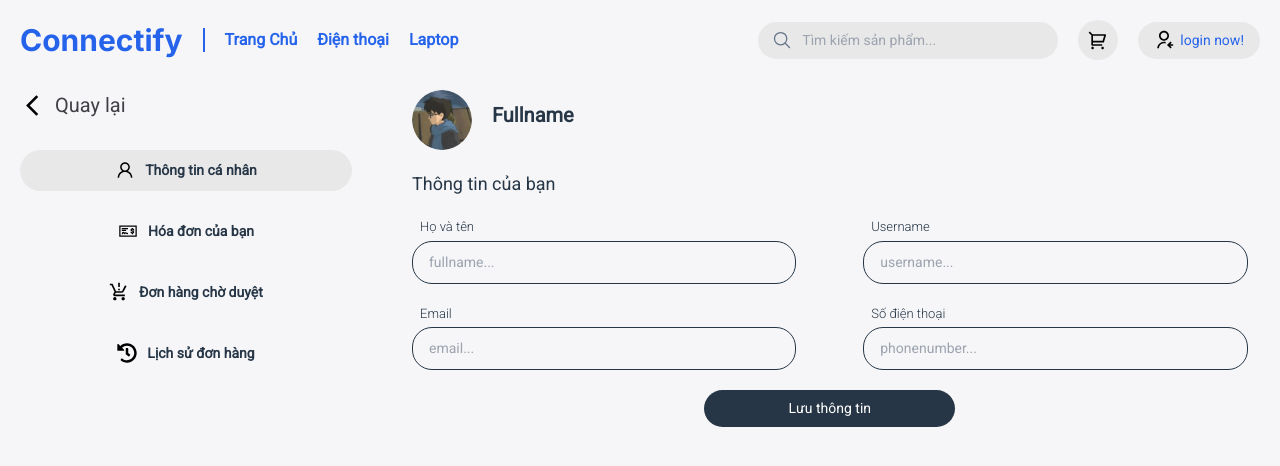
Repository: tvbacs/JavaWebProjectUI
Page: /profile
An editor plug-in stored every save of this project. The page is shown before and after the next save, followed by the edit.
The browser window is 1280 px wide. The pictures show the whole page.
The project was rebuilt for these pictures with package versions that can differ from the ones it lists, and the page was loaded fresh each time. Also part of the build but not shown: src/pages/Auth/Login/index.js, src/pages/HomePage/HomePage.module.scss, src/components/Item/Item.module.scss, src/components/Item/index.js, src/components/Scroll/Scroll.module.scss, src/components/Scroll/index.js, src/pages/HomePage/index.js, src/pages/LaptopPage/LaptopPage.module.scss and 46 more.

Above is the page before, as saved 2025-05-25 06:07:54.

### src/index.js
import React from 'react';
import ReactDOM from 'react-dom/client';
import App from './App';
import GlobalStyles from '@/Globals/GlobalStyles';
import { BrowserRouter } from 'react-router-dom';
import { UserProvider } from './contexts/UserContext';

const root = ReactDOM.createRoot(document.getElementById('root'));
root.render(
  <BrowserRouter>
      <UserProvider>
      <GlobalStyles>
        <App />
      </GlobalStyles>
          </UserProvider>
  </BrowserRouter>
);

### src/App.js
import { Routes, Route } from "react-router-dom";
import { publicRoutes, privateRoutes, adminRoutes } from "./routes";
import MainLayout from "@/layout/MainLayout";
import PrivateRoute from "@/routes/PrivateRoute";
import AdminRoute from "@/routes/AdminRoute";
import { useUser } from "./contexts/UserContext";
import { useEffect } from "react";
import authService from "./services/authService";

function App() {
    const { setUser } = useUser();
    useEffect(() => {
    const token = localStorage.getItem('token');
    if (token) {
      (async () => {
        const res = await authService.getMe();
        if (res.success) {
          setUser(res.user);
        } else {
          console.warn("Lỗi lấy thông tin người dùng:", res.message);
          localStorage.removeItem('token');
          setUser(null);
        }
      })();
    }
  }, [setUser]);
  return (
    <Routes>
      {publicRoutes.map(({ path, component: Component, layout }, index) => {
        let Layout;

        if (layout === null) {
          Layout = ({ children }) => <>{children}</>;
        } else if (layout) {
          Layout = layout;
        } else {
          Layout = MainLayout;
        }

        return (
          <Route
            key={index}
            path={path}
            element={
              <Layout>
                <Component />
              </Layout>
            }
          />
        );
      })}

      {privateRoutes.map(({ path, component: Component, layout }, index) => {
        let Layout = layout || MainLayout;

        return (
          <Route
            key={index}
            path={path}
            element={
              <PrivateRoute>
                <Layout>
                  <Component />
                </Layout>
              </PrivateRoute>
            }
          />
        );
      })}

      {adminRoutes.map(({ path, component: Component, layout }, index) => {
        let Layout = layout || MainLayout;

        return (
          <Route
            key={`admin-${index}`}
            path={path}
            element={
              <AdminRoute>
                <Layout>
                  <Component />
                </Layout>
              </AdminRoute>
            }
          />
        );
      })}

      <Route
        path="*"
        element={
          <MainLayout>
            <div>Trang không tồn tại (404)</div>
          </MainLayout>
        }
      />
    </Routes>
  );
}

export default App;

### src/Globals/GlobalStyles/index.js
import "./GlobalStyles.scss";

function GlobalStyles({children}){
    return(
        children
    )
}
export default GlobalStyles;

### src/contexts/UserContext.js
import { createContext, useContext, useState, useMemo } from 'react';

const UserContext = createContext(null);

export const UserProvider = ({ children }) => {
  const [user, setUser] = useState(null);
  const [isLoading, setIsLoading] = useState(false);
  const [isFetched, setIsFetched] = useState(false);

  const contextValue = useMemo(
    () => ({
      user,
      setUser,
      isLoading,
      setIsLoading,
      isFetched,
      setIsFetched,
    }),
    [user, isLoading, isFetched]
  );

  return (
    <UserContext.Provider value={contextValue}>
      {children}
    </UserContext.Provider>
  );
};

export const useUser = () => useContext(UserContext);

### src/routes/index.js
import LoginPage from "@/pages/Auth/Login"
import HomePage from "@/pages/HomePage"
import LaptopPage from "@/pages/LaptopPage"
import MobilePage from "@/pages/MobilePage"
import BuyPage from "@/pages/BuyPage"
import SignupPage from "@/pages/Auth/Signup"
import ProducDetail from "@/pages/ProductDetail"
import ProducDetailLayout from "@/layout/ProductDetailLayout"
import OnlyHeaderLayout from "@/layout/OnlyHeaderLayout"
import Profile from "@/pages/Profile"
import LabTopLayout from "@/layout/LaptopLayout"
import CartPage from "@/pages/Cart"
import OrderHistory from "@/pages/OrderHistory"

// Admin imports
import AdminLayout from "@/layout/AdminLayout"
import AdminDashboard from "@/pages/Admin/Dashboard"
import AdminUsers from "@/pages/Admin/Users"
import AdminProducts from "@/pages/Admin/Products"
import AdminOrders from "@/pages/Admin/Orders"
import AdminCategories from "@/pages/Admin/Categories"
import AdminBrands from "@/pages/Admin/Brands"


const publicRoutes = [
        { path: '/login', component : LoginPage,  layout: null},
        { path: '/signup', component : SignupPage,  layout: null},
        { path: '/', component : HomePage},
        { path: '/laptop', component : LaptopPage,layout: LabTopLayout},
        { path: '/mobile', component : MobilePage},
        { path: '/product/:id', component : ProducDetail ,layout : ProducDetailLayout},
        { path: '/profile', component : Profile ,layout : OnlyHeaderLayout},
]

const privateRoutes = [
        { path: '/buy/:id', component : BuyPage,layout : OnlyHeaderLayout},
        { path: '/cart', component : CartPage,layout : OnlyHeaderLayout},
        { path: '/orders', component : OrderHistory,layout : OnlyHeaderLayout},
]

const adminRoutes = [
        { path: '/admin/dashboard', component : AdminDashboard, layout : AdminLayout},
        { path: '/admin/users', component : AdminUsers, layout : AdminLayout},
        { path: '/admin/products', component : AdminProducts, layout : AdminLayout},
        { path: '/admin/orders', component : AdminOrders, layout : AdminLayout},
        { path: '/admin/categories', component : AdminCategories, layout : AdminLayout},
        { path: '/admin/brands', component : AdminBrands, layout : AdminLayout},
]

export { publicRoutes, privateRoutes, adminRoutes }

### src/services/authService.js
// src/services/authService.js
import request from '@/utils/request';
import QueryString from 'qs';

const authService = {
  // Đăng nhập
  login: async (email, password) => {
    try {
      const response = await request.post(
        '/auth/login',
        QueryString.stringify({ email, password }),
        {
          headers: {
            'Content-Type': 'application/x-www-form-urlencoded',
          },
        }
      );
      const { token } = response.data;
      localStorage.setItem('token', token);
      return { success: true, token };
    } catch (error) {
      const message = error.response?.data?.error || 'Đăng nhập thất bại.';
      return { success: false, message };
    }
  },

  // Đăng ký
  signup: async (email, fullname, phonenumber, password) => {
    try {
      const response = await request.post(
        '/auth/signup',
        QueryString.stringify({
          email,
          fullname,
          phonenumber,
          password,
        }),
        {
          headers: {
            'Content-Type': 'application/x-www-form-urlencoded',
          },
        }
      );

      return {
        success: true,
        message: response.data.message || 'Đăng ký thành công',
      };
    } catch (error) {
      const message = error.response?.data?.error || 'Đăng ký thất bại.';
      return { success: false, message };
    }
  },

  getMe: async () => {
    try {
      const token = localStorage.getItem('token');
      if (!token) {
        return { success: false, message: 'Chưa đăng nhập.' };
      }

      const response = await request.get('/auth/me', {
        headers: {
          Authorization: `Bearer ${token}`,
        },
      });

      return {
        success: true,
        user: response.data,
      };
    } catch (error) {
      const message = error.response?.data?.error || 'Không thể lấy thông tin người dùng.';
      if (error.response?.status === 401) {
        localStorage.removeItem('token');
      }
      return { success: false, message };
    }
  },

  // Đăng xuất
  logout: () => {
    localStorage.removeItem('token');
  },

  // Lấy token hiện tại
  getToken: () => {
    return localStorage.getItem('token');
  },
};

export default authService;

### src/Globals/GlobalStyles/GlobalStyles.scss
@import 'normalize.css';
@import url('https://fonts.googleapis.com/css2?family=Inter:wght@300;400;500;600;700;800&display=swap');

:root{
    // User Theme Colors
    --primary: #2563eb;
    --primary-dark: #1d4ed8;
    --primary-light: #3b82f6;
    --secondary: #64748b;
    --accent: #f59e0b;
    --success: #10b981;
    --warning: #f59e0b;
    --error: #ef4444;

    // Background Colors
    --bg-primary: #ffffff;
    --bg-secondary: #f8fafc;
    --bg-tertiary: #f1f5f9;
    --bg-gradient: linear-gradient(135deg, #667eea 0%, #764ba2 100%);
    --bg-gradient-light: linear-gradient(135deg, #f8fafc 0%, #e2e8f0 100%);

    // Text Colors
    --text-primary: #0f172a;
    --text-secondary: #475569;
    --text-tertiary: #64748b;
    --text-light: #94a3b8;

    // Border Colors
    --border-primary: #e2e8f0;
    --border-secondary: #cbd5e1;
    --border-focus: #3b82f6;

    // Shadow
    --shadow-sm: 0 1px 2px 0 rgb(0 0 0 / 0.05);
    --shadow-md: 0 4px 6px -1px rgb(0 0 0 / 0.1), 0 2px 4px -2px rgb(0 0 0 / 0.1);
    --shadow-lg: 0 10px 15px -3px rgb(0 0 0 / 0.1), 0 4px 6px -4px rgb(0 0 0 / 0.1);
    --shadow-xl: 0 20px 25px -5px rgb(0 0 0 / 0.1), 0 8px 10px -6px rgb(0 0 0 / 0.1);

    // Spacing
    --spacing-xs: 0.25rem;
    --spacing-sm: 0.5rem;
    --spacing-md: 1rem;
    --spacing-lg: 1.5rem;
    --spacing-xl: 2rem;
    --spacing-2xl: 3rem;

    // Border Radius
    --radius-sm: 0.375rem;
    --radius-md: 0.5rem;
    --radius-lg: 0.75rem;
    --radius-xl: 1rem;
    --radius-2xl: 1.5rem;

    // Legacy (for backward compatibility)
    --bgc: #F6F6F8;
    --gray50: #64748b;
    --gray85: #475569;
}
*{
    box-sizing: border-box;
}
html{
    font-size: 62.5%;
    //62.5 của 16px = 10px -> 1rem=10px
}
body{
    font-family: 'Roboto', sans-serif;
    font-size: 1.6rem;
    line-height: 1.5;
    text-rendering: optimizeSpeed;
}
@tailwind base;
@tailwind components;
@tailwind utilities;
@mixin input(){
    border:none;
    outline:none;
    background-color: transparent;
}
@mixin flex-center(){
    display: flex;
    justify-content: center;
    align-items: center;
}
@mixin button(){
    border:none;
    outline:none;
    cursor:pointer;

}
@mixin a(){
    text-decoration: none;
    color:var(--black);
}

### src/layout/OnlyHeaderLayout/index.js
import classNames from 'classnames/bind';
import styles from './OnlyHeaderLayout.module.scss';
import Header from '@/components/Header';
import Slider from '@/components/Slider';
import Footer from '@/components/Footer';

const cx = classNames.bind(styles);

function OnlyHeaderLayout({children}) {
    return (
        <div className={cx('container',"wrapper","flex","w-screen","h-screen",'flex-col')}>
            <Header/>
           <div className={cx('body')}>
                <div className={cx("content","flex-grow")}>
                    {children}
                </div>
           </div>
        </div>
    );
}

export default OnlyHeaderLayout;

### src/utils/request.js
// src/utils/request.js
import axios from 'axios';

const apiClient = axios.create({
  baseURL: process.env.REACT_APP_API_URL || "http://localhost:1512",
  headers: {
    'Content-Type': 'application/json',
  },
});
apiClient.interceptors.request.use(
  (config) => {
    const token = localStorage.getItem('token');
    if (token) {
      config.headers['Authorization'] = `Bearer ${token}`;
    }
    return config;
  },
  (error) => Promise.reject(error)
);

export default apiClient;

### src/pages/Auth/Auth.module.scss
.wrapper{
    width: 100vw;
    height: 100vh;
    background-color: #F6F6F8;
    display:flex;
    justify-content: center;
    align-items: center;
}
.content{
    width: 320px;
    max-width: 100%;
    >h1{
        font-size: 26px;
        font-weight: 600;
    }
    >span{
        font-size: 14px;
        color:var(--gray50);
        margin-bottom: 26px;
        display: block;
    }
}
form{
    width: 100%;
    display:flex;
    flex-direction: column;
}
.form-group{
    display:flex;
    align-items: center;
    border-radius: 30px;
    border:1px solid black;
    padding:4px;
    margin-bottom: 16px;
    &-icon{
        width: 35px;
        height: 35px;
        border-radius: 50%;
        background-color: white;
        display:flex;
        justify-content: center;
        align-items: center;
    }
}
.form-input{
    outline: none;
    flex:1;
    padding-left: 6px;
    background-color: transparent;
    font-size: 14px;
}

.btn-submit{
    width: 100%;
    height: 37px;
    background-color: #263646;
    color:white;
    font-size: 12px;
    font-weight: 500;
    border-radius: 30px;
}
.btn-submit:hover{
    box-shadow: 0 0 8px rgba(0,0,0,0.5);
}
.btn-switch{
    margin:0 auto;
    margin-top: 20px;
    font-size: 14px;
    font-weight: 600;
}
.btn-switch:hover{
    border-bottom: 1px solid #ccc;
}

### src/services/electronicService.js
import request from '../utils/request';

// Helper function to map API status to frontend status
const mapProductStatus = (product) => {
  return {
    ...product,
    status: product.quantity > 0 ? 'instock' : 'outofstock',
    // Keep original API status for reference
    apiStatus: product.status
  };
};

// Helper function to map array of products
const mapProductsArray = (products) => {
  return products.map(mapProductStatus);
};

const electronicService = {
  getAllElectronics: async () => {
    try {
      const response = await request.get('/electronics');
      return {
        success: true,
        data: mapProductsArray(response.data),
      };
    } catch (error) {
      const message = error.response?.data?.error || error.response?.data?.message || 'Không thể lấy danh sách electronics';
      return { success: false, message };
    }
  },

  getElectronicById: async (id) => {
    try {
      const response = await request.get(`/electronics/${id}`);
      return {
        success: true,
        data: mapProductStatus(response.data),
      };
    } catch (error) {
      const message = error.response?.data?.error || error.response?.data?.message || "Không thể lấy chi tiết sản phẩm";
      return { success: false, message };
    }
  },

  searchElectronics: async (keyword) => {
    try {
      const response = await request.get(`/electronics/search`, {
        params: { keyword }
      });
      return {
        success: true,
        data: mapProductsArray(response.data),
      };
    } catch (error) {
      const message = error.response?.data?.error || error.response?.data?.message || 'Không thể tìm kiếm sản phẩm';
      return { success: false, message };
    }
  },
};

export default electronicService;

### src/services/invoiceService.js
import request from '../utils/request';

const invoiceService = {
  createInvoice: async ({ address, paymentMethod, purchasedItems, totalPrice, status }) => {
    try {
      const formData = new URLSearchParams();
      formData.append("address", address);
      formData.append("paymentMethod", paymentMethod);
      formData.append("purchasedItems", purchasedItems);
      formData.append("totalPrice", totalPrice);
      formData.append("status", status);

      const response = await request.post("/invoices", formData, {
        headers: {
          "Content-Type": "application/x-www-form-urlencoded",
        },
      });

      return {
        success: true,
        data: response.data,
      };
    } catch (error) {
      const message = error.response?.data?.error || "Không thể tạo hóa đơn";
      return { success: false, message };
    }
  },

  getUserInvoices: async () => {
    try {
      const response = await request.get("/invoices/user");
      return {
        success: true,
        data: response.data,
      };
    } catch (error) {
      const message = error.response?.data?.error || "Không thể lấy lịch sử đơn hàng";
      return { success: false, message };
    }
  },

  getInvoicesByUser: async () => {
    try {
      const response = await request.get('/invoices/user');
      return {
        success: true,
        data: response.data,
      };
    } catch (error) {
      const message = error.response?.data?.error || 'Không thể lấy danh sách hóa đơn';
      return { success: false, message };
    }
  },
};


export default invoiceService;

### src/utils/formatPrice.js
// src/utils/formatPrice.js

/**
 * Format price from string to Vietnamese currency format
 * @param {string|number} price - Price as string or number
 * @returns {string} Formatted price string
 */
export const formatPrice = (price) => {
  if (!price) return '0 VNĐ';

  // Convert string to number if needed
  const numPrice = typeof price === 'string' ? parseInt(price, 10) : price;

  if (isNaN(numPrice)) return '0 VNĐ';

  // Format with thousand separators
  return new Intl.NumberFormat('vi-VN').format(numPrice) + ' VNĐ';
};

/**
 * Parse price string to number
 * @param {string} priceString - Price as string
 * @returns {number} Price as number
 */
export const parsePrice = (priceString) => {
  if (!priceString) return 0;
  return typeof priceString === 'string' ? parseInt(priceString, 10) : priceString;
};

/**
 * Calculate total price for cart items
 * @param {Array} items - Array of cart items
 * @returns {number} Total price
 */
export const calculateTotalPrice = (items) => {
  return items.reduce((total, item) => {
    const itemPrice = parsePrice(item.electronic?.price || item.price);
    return total + (itemPrice * item.quantity);
  }, 0);
};

/**
 * Format image URL for products
 * @param {string} imageName - Image file name (e.g., "1_apple_123abc.jpg")
 * @returns {string} Full image URL
 */
export const formatImageUrl = (imageName) => {
  if (!imageName) return '/images/item.jpg'; // Default image

  const baseUrl = process.env.REACT_APP_API_URL || 'http://localhost:1512';

  // If imageName already includes full URL, return as is
  if (imageName.startsWith('http')) {
    return imageName;
  }

  // If imageName starts with /, it's already a path
  if (imageName.startsWith('/')) {
    return `${baseUrl}${imageName}`;
  }

  // API returns just filename, so add /images/ prefix
  return `${baseUrl}/images/${imageName}`;
};

/**
 * Format user avatar URL
 * @param {string} avatarPath - Avatar path from API
 * @returns {string} Full avatar URL
 */
export const formatAvatarUrl = (avatarPath) => {
  if (!avatarPath) return '/images/testavt.png'; // Default avatar

  const baseUrl = process.env.REACT_APP_API_URL || 'http://localhost:1512';

  // If avatarPath already includes full URL, return as is
  if (avatarPath.startsWith('http')) {
    return avatarPath;
  }

  // If avatarPath starts with /, it's already a relative path
  if (avatarPath.startsWith('/')) {
    return `${baseUrl}${avatarPath}`;
  }

  // Otherwise, construct the full URL
  return `${baseUrl}/images/${avatarPath}`;
};

### src/layout/OnlyHeaderLayout/OnlyHeaderLayout.module.scss

.wrapper{
        background-color: var(--bgc);
}
.content{
    padding:0 20px 20px 20px;
    overflow-y: auto;
}
.content::-webkit-scrollbar{
    display: none;
}
.body{
    overflow-y: auto;
    padding-top: 10px;
}
.body::-webkit-scrollbar{
    display:none;
}

### src/pages/Profile/Profile.module.scss
.wrapper{
    width: 100%;
}
.content{
    width: 100%;
    display:flex;

}
.sibar{
    width: 30%;
    display:flex;
    flex-direction: column;
    justify-content: flex-start;
    padding-right: 40px;
}

.tabs{
    width: 100%;
    .tab-item{
        display:flex;
        align-items: cebnter;
        justify-content: center;
        width: 100%;
        padding:10px 18px;
        border-radius: 30px;
        margin-bottom: 20px;
        cursor:pointer;
        &.active {
        background-color: #E8E8E8;
        }
    }
}
.content-tab{
    width: 69%;
    padding:0 0 0 20px;
}
.information{
    width: 100%;
    display: flex;
    flex-direction: column;
    .avt{
        width: 60px;
        height: 60px;
        border-radius: 50%;
        margin-right: 20px;
    }
}
.form-group{
    width: 46%;
    display: flex;
    flex-direction: column;
    >label{
        font-size: 13px;
        color:#263646;
        font-weight: 300;
        margin-bottom: 4px;
        margin-left:8px;
    }
    >input{
        outline: none;
        border:1px solid #263646;
        padding:10px 16px;
        border-radius: 20px;
        font-size: 14px;
        background-color: transparent;
    }
}
.btn-submit{
    width:30%;
    color:white;
    border-radius: 30px;
    padding:8px 0;
    background-color: #263646;
    font-size: 14px;
    font-weight: 400;
    margin:auto;
}

.bill{
    width: 100%;
    padding:2px 0 0 30px;
}
.order{
    width: 100%;
    padding:2px 0 0 30px;
}
.bill-item{
    width:100%;
    padding:20px;
    display:flex;
    flex-direction: column;
        border-radius: 30px;
        background-color: #fff;
        box-shadow: 0 0 3px rgba(0,0,0,0.3);
    margin-bottom: 10px;
    }
@media screen and (max-width: 639px) {
    .content{
        flex-wrap: wrap;
    }
    .sibar{
        width: 100%;
    }
    .content-tab{
        width: 100%;
        padding:0;
    }
    .bill , .order{
        padding:0;
    }
}

### src/components/Header/Header.module.scss
@import  "../../Globals/GlobalStyles/GlobalStyles.scss";

.wrapper{
    padding:20px;
    background-color: var(--bgc);
}
.logo{
    color:var(--primary);
    line-height: 10px;
    font-weight: bold;
      font-family: 'Inter', sans-serif;
}
.nav{
  padding-left:20px;
  margin-left: 20px;
  border-left: 2px solid var(--primary);
  &-item{
    margin-right: 20px;
    font-size: 16px;
    font-weight: 600;
    cursor:pointer;
    color:var(--primary);
  }
}
.nav-link {
  position: relative;
  padding-bottom: 4px;
  transition: all 0.5s;

  &.active::before {
    content: '';
    position: absolute;
    width: 40%;
    height: 2px;
    border-radius: 20px;
    background-color: var(--primary);
    bottom: 0;
    left: 50%;
    transform: translateX(-50%);
  }
}

.search{
    min-width: 300px;
    max-width: 350px;
    border-radius: 30px;
    padding:8px 14px;
    background-color: #E8E8E8;
    &-icon{
        font-size: 20px;
        color:var(--gray50);
    }
    &-input{
        @include input();
        font-size: 14px;
        color:var(--primary);
        margin-left: 10px;
    }
}
.cart{
    width: 40px;
    height: 40px;
    border-radius: 50%;
    background-color: #E8E8E8;
    padding:5px;
    @include flex-center();
    margin:0 20px;
    cursor:pointer;
}
.cart:hover{
    box-shadow: 0 0 2px rgba(0,0,0,0.5);
}

.btn-login{
    display:flex;
    align-items: center;
    padding:8px 16px;
    background-color: #E8E8E8;
    border-radius: 20px;

}
.btn-menu{
  width: 40px;
  height: 40px;
  border-radius: 50%;
      background-color: #E8E8E8;
  @include flex-center;
}
.btn-login:hover{
        box-shadow: 0 0 2px rgba(0,0,0,0.5);

}
.btn-login-title {
    color:var(--primary);
    font-weight: 500;
}

@media screen and (max-width: 639px) {
  .wrapper{
    padding:10px;
  }
  .logo{
    font-size: 20px;
  }
  .search{
    min-width: 170px;
  }
  .cart{
    margin:0 5px;
  }
  .btn-login{
    display:none;
  }
  .search-input{
    font-size: 10px;
  }
  .avt-auth{
    display:none;
  }
}

.user-menu {
  display: flex;
  align-items: center;
  gap: 12px;
}

.admin-link {
  background: linear-gradient(135deg, #667eea 0%, #764ba2 100%);
  color: white;
  padding: 6px 12px;
  border-radius: 20px;
  text-decoration: none;
  font-size: 12px;
  font-weight: 600;
  transition: all 0.3s ease;

  &:hover {
    transform: translateY(-1px);
    box-shadow: 0 4px 12px rgba(102, 126, 234, 0.3);
  }
}

@media screen and (min-width: 640px) and (max-width: 1023px) {
  .btn-menu{
    margin-left: 20px;
  }
}

### src/components/Footer/Footer.module.scss
@import url('https://fonts.googleapis.com/css2?family=Roboto&display=swap');
.wrapper{
    width: 100%;
    padding:20px 30px;
    background-color: var(--primary);
}
.content{
    width: 100%;
    height:100%;
    display: flex;
    align-items: start;
    justify-content: space-between;
    flex-wrap: wrap;
}
.list{
    list-style-type: none;
    .title-small{
        color:white;
        font-size: 16px;
        font-weight:500;
    }
}

.title{
    color:white;
    font-weight: 900;
    font-size: 26px !important;
}
.item{
    color:white;
  font-family: 'Roboto', sans-serif;
    font-weight:100;
    cursor:pointer;
}
.item:hover{
    border-bottom: 1px solid white;
}
.input{
    width: 100%;
    border-radius: 20px;
    background-color: white;
    padding:6px 12px;
    margin:10px 0;
    display:flex;
    align-items: center;

    input{
        font-size: 14px;
        flex:1;
        outline: none;
        padding-left: 6px;
    }
    span{
    font-size: 14px;
    font-weight: 600;
    cursor:pointer;
    }
}
.social{
    width: 36px;
    height: 26px;
    border-radius: 4px;
    background-color: white;
    display:flex;
    justify-content: center;
    align-items: center;
    margin-right: 10px;
    cursor:pointer;
}
.icon-fb{
    color:blue;
    font-size: 20px;
}
.icon-tiktok{
    font-size: 20px;
}

Loaded but not shown: public/index.html (common file); tailwind.config.js (common file); src/pages/Profile/index.js (283 lines, source omitted); src/components/Header/index.js (144 lines, source omitted)

After the next save:
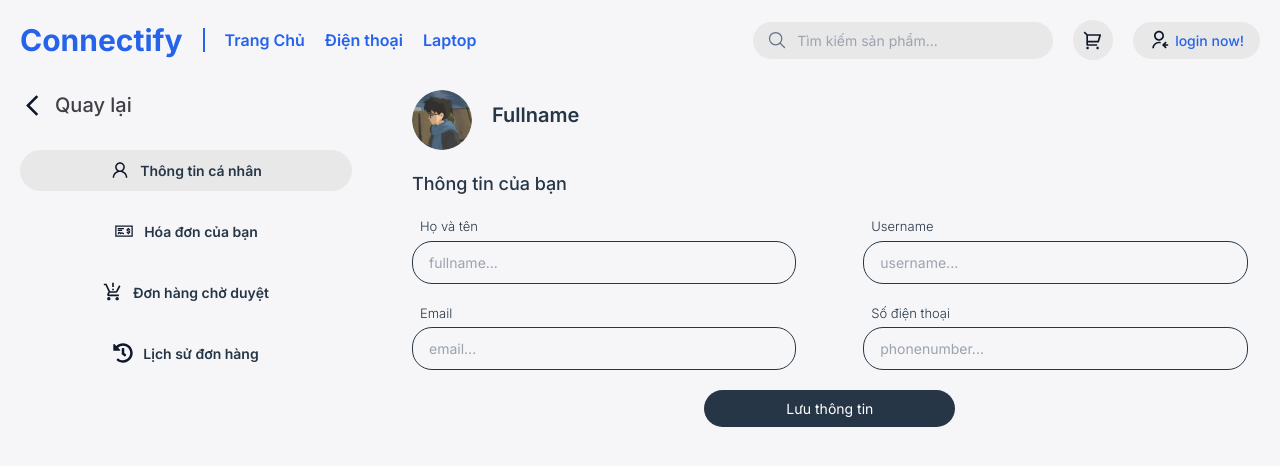
Saved 14 s later.
--- a/src/Globals/GlobalStyles/GlobalStyles.scss
+++ b/src/Globals/GlobalStyles/GlobalStyles.scss
@@ -59,15 +59,21 @@
 *{
     box-sizing: border-box;
 }
+
 html{
     font-size: 62.5%;
-    //62.5 của 16px = 10px -> 1rem=10px
+    scroll-behavior: smooth;
 }
+
 body{
-    font-family: 'Roboto', sans-serif;
+    font-family: 'Inter', -apple-system, BlinkMacSystemFont, 'Segoe UI', sans-serif;
     font-size: 1.6rem;
-    line-height: 1.5;
-    text-rendering: optimizeSpeed;
+    line-height: 1.6;
+    color: var(--text-primary);
+    background-color: var(--bg-secondary);
+    text-rendering: optimizeLegibility;
+    -webkit-font-smoothing: antialiased;
+    -moz-osx-font-smoothing: grayscale;
 }
 @tailwind base;
 @tailwind components;
